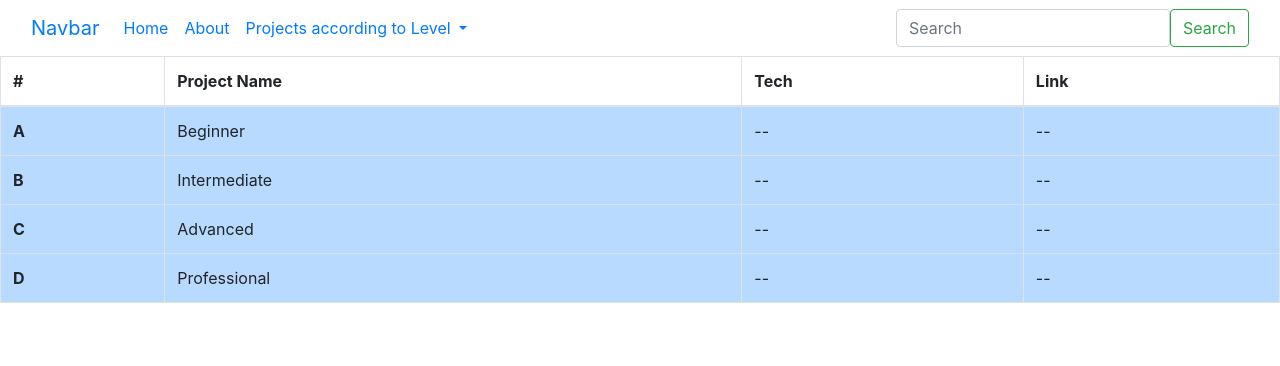
Repository: VictoriousMango/100-Python-Project
Page: index.html
The author's editor kept a copy of each file at every save. The page is drawn from the files as they stood at one save, then again after the next save.
The browser window is 1280 px wide. The pictures show the whole page.

Above is the page before, as saved 2024-05-18 01:43:59.

After the next save:
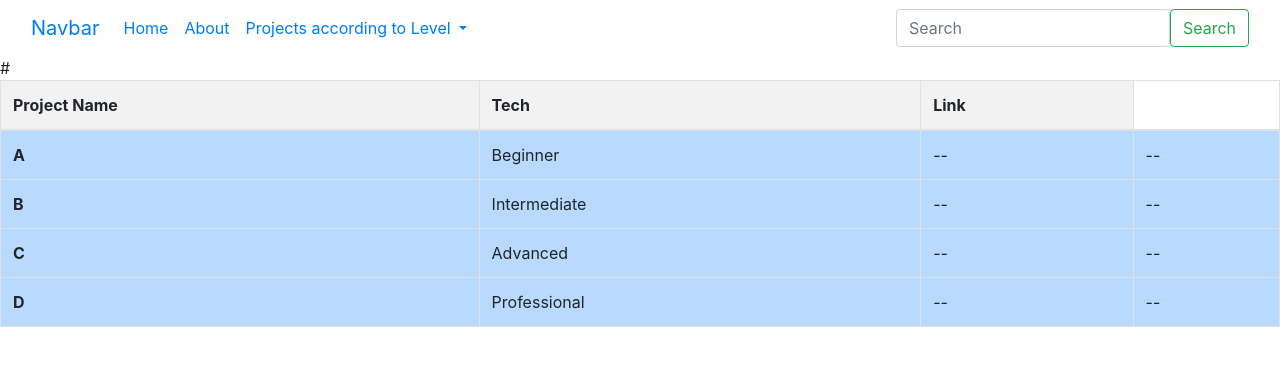
Saved 4 min 28 s later.
--- a/index.html
+++ b/index.html
@@ -49,7 +49,7 @@
 
 
     <!-- Tabular Entry Start -->
-    <table class="table table-bordered table-striped">
+    <table class="table table-bordered table-striped table table-hover>
       <thead>
         <tr>
           <th scope="col">#</th>

After the save that followed:
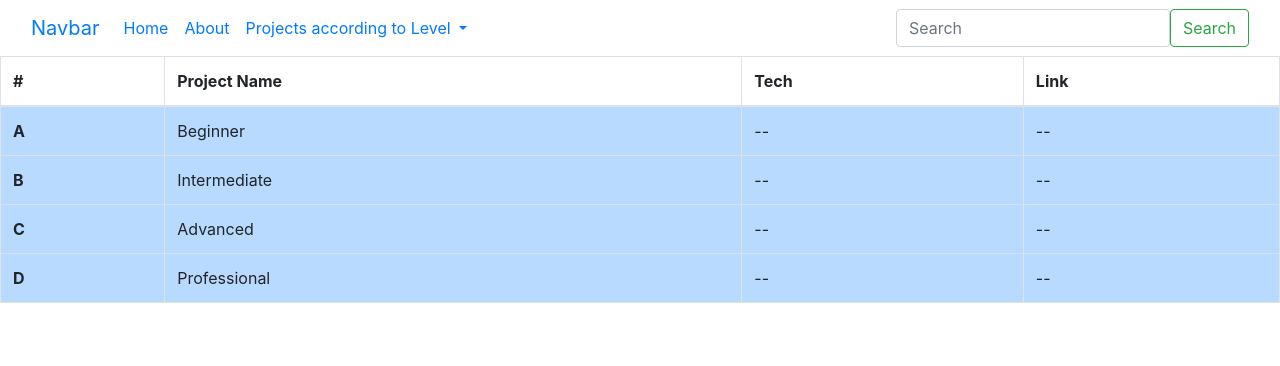
Saved 10 s later.
--- a/index.html
+++ b/index.html
@@ -49,7 +49,7 @@
 
 
     <!-- Tabular Entry Start -->
-    <table class="table table-bordered table-striped table table-hover>
+    <table class="table table-bordered table-striped table table-hover">
       <thead>
         <tr>
           <th scope="col">#</th>
